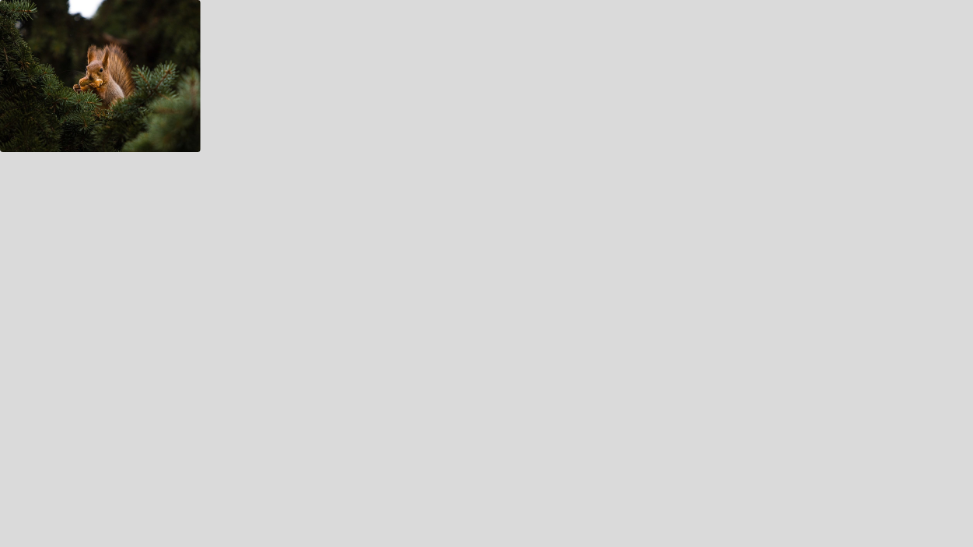
Repository: QUANGTHAI2003/images-gallery
Page: index.html
The author's editor kept a copy of each file at every save. The page is drawn from the files as they stood at one save, then again after the next save.
The browser window is 1280 px wide. The pictures show the whole page, at 76% of full size.

Above is the page before, as saved 2022-03-01 15:59:39.

### index.html
<!DOCTYPE html>
<html lang="en">
    <head>
        <meta charset="UTF-8" />
        <meta http-equiv="X-UA-Compatible" content="IE=edge" />
        <meta name="viewport" content="width=device-width, initial-scale=1.0" />
        <title>Image Gallery</title>
        <link rel="stylesheet" href="./style.css" />
        <link
            rel="stylesheet"
            href="https://cdnjs.cloudflare.com/ajax/libs/font-awesome/6.0.0/css/all.min.css"
        />
    </head>
    <body>
        <div class="wrapper">
            <div class="image">
                <img src="./img/img1.jpeg" alt="" />
            </div>
        </div>
    </body>
    <script src="./app.js"></script>
</html>

### style.css
* {
    margin: 0;
    padding: 0;
    box-sizing: border-box;
}

body {
    height: 100vh;
    background: #dadada;
    overflow: hidden;
}

.wrapper {
    width: 1200px;
}

img {
    width: 100%;
    height: 100%;
    object-position: center;
    object-fit: cover;
    transition: 0.5s;
}

.image {
    width: 22%;
    height: 200px;
    border-radius: 4px;
    overflow: hidden;
}

.image:hover img {
    transform: scale(1.2);
    z-index: 10;
}

Loaded but not shown: app.js (no stored copy; drawn as an empty file)

After the next save:
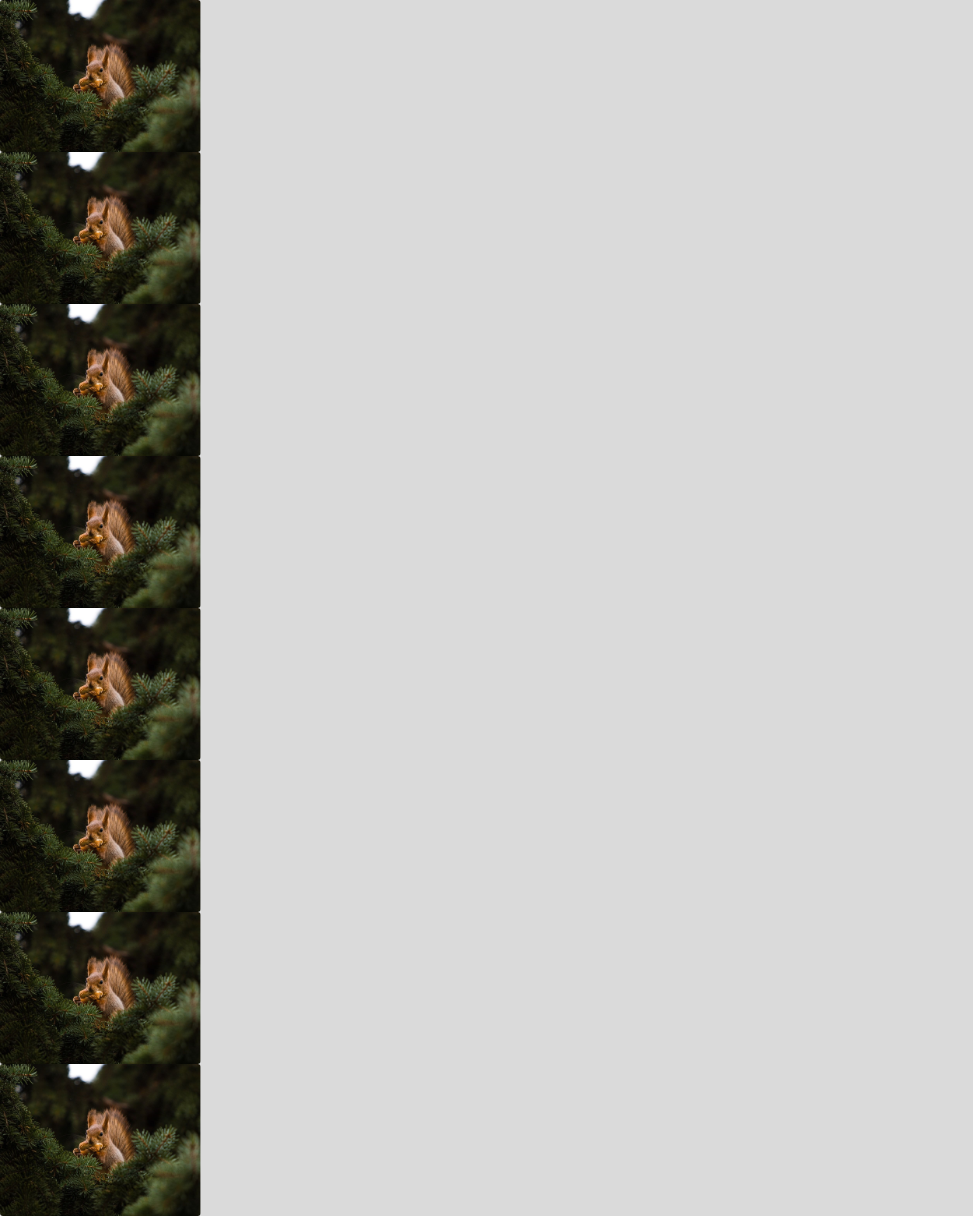
Saved 49 s later.
--- a/index.html
+++ b/index.html
@@ -16,6 +16,27 @@
             <div class="image">
                 <img src="./img/img1.jpeg" alt="" />
             </div>
+            <div class="image">
+                <img src="./img/img1.jpeg" alt="" />
+            </div>
+            <div class="image">
+                <img src="./img/img1.jpeg" alt="" />
+            </div>
+            <div class="image">
+                <img src="./img/img1.jpeg" alt="" />
+            </div>
+            <div class="image">
+                <img src="./img/img1.jpeg" alt="" />
+            </div>
+            <div class="image">
+                <img src="./img/img1.jpeg" alt="" />
+            </div>
+            <div class="image">
+                <img src="./img/img1.jpeg" alt="" />
+            </div>
+            <div class="image">
+                <img src="./img/img1.jpeg" alt="" />
+            </div>
         </div>
     </body>
     <script src="./app.js"></script>
